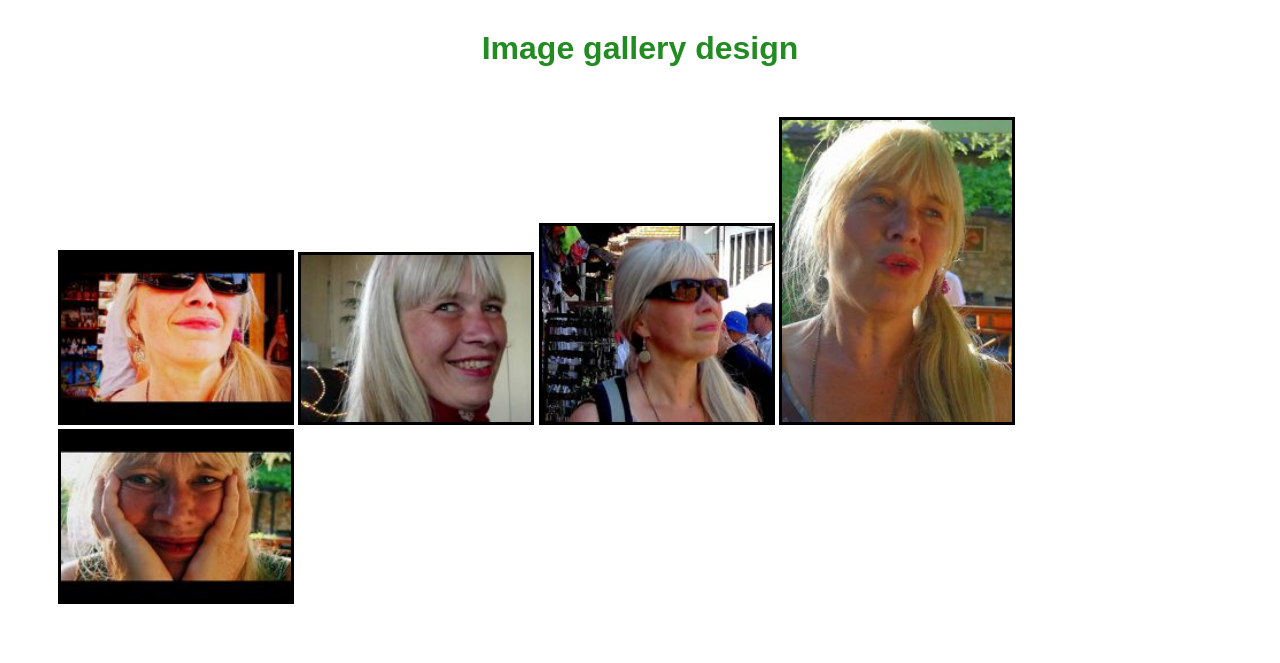
Repository: hindrik40/bildspel-lightbox
Page: index.html
An editor plug-in stored every save of this project. The page is shown before and after a run of saves, followed by the edit.
The browser window is 1280 px wide. The pictures show the whole page.

Above is the page before, as saved 2021-08-08 16:45:13.

### index.html
<!DOCTYPE html>
<html lang="en">
<head>
    <meta charset="UTF-8">
    <meta http-equiv="X-UA-Compatible" content="IE=edge">
    <meta name="viewport" content="width=device-width, initial-scale=1.0">
    <link rel="stylesheet" href="css/style.css">
    <title>slide lightbox</title>
</head>
<body>
    <h1>Image gallery design</h1>
    <div class="gallery">
        <img src="images/b7t.jpg">
        <img src="images/b5t.jpg">
        <img src="images/b6t.jpg">
        <img src="images/b9t.jpg">
        <img src="images/b8t.jpg">



    </div>

</body>
</html>

### css/style.css
body{
    font-family: sans-serif;
}
h1{
    text-align: center;
    color:forestgreen;
    margin: 30px 0 50px;
}
.gallery
{
    margin:10px 50px;
}

.gallery img{
    width: 230px;
padding}

img{
    border:3px solid black;
}

After the next 2 saves:
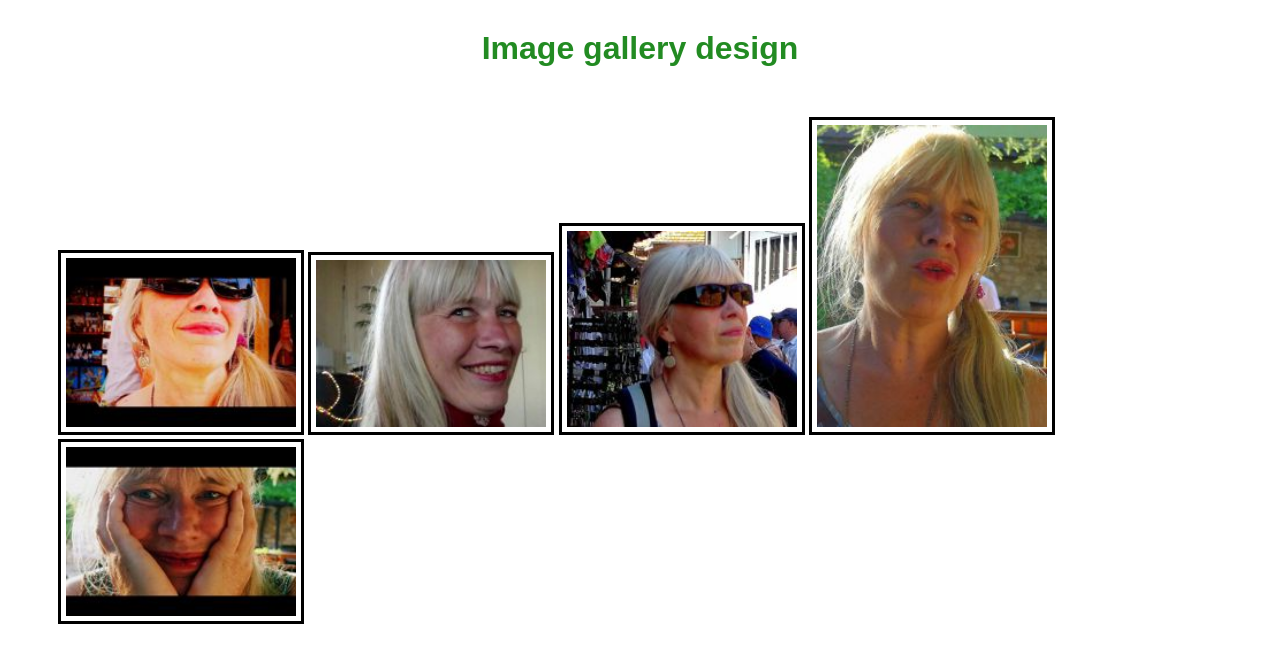
The 2 saves are shown as one change because they came seconds apart.
The last was saved 17 s later.
--- a/css/style.css
+++ b/css/style.css
@@ -13,7 +13,7 @@
 
 .gallery img{
     width: 230px;
-padding}
+padding : 5px;}
 
 img{
     border:3px solid black;

After the save that followed:
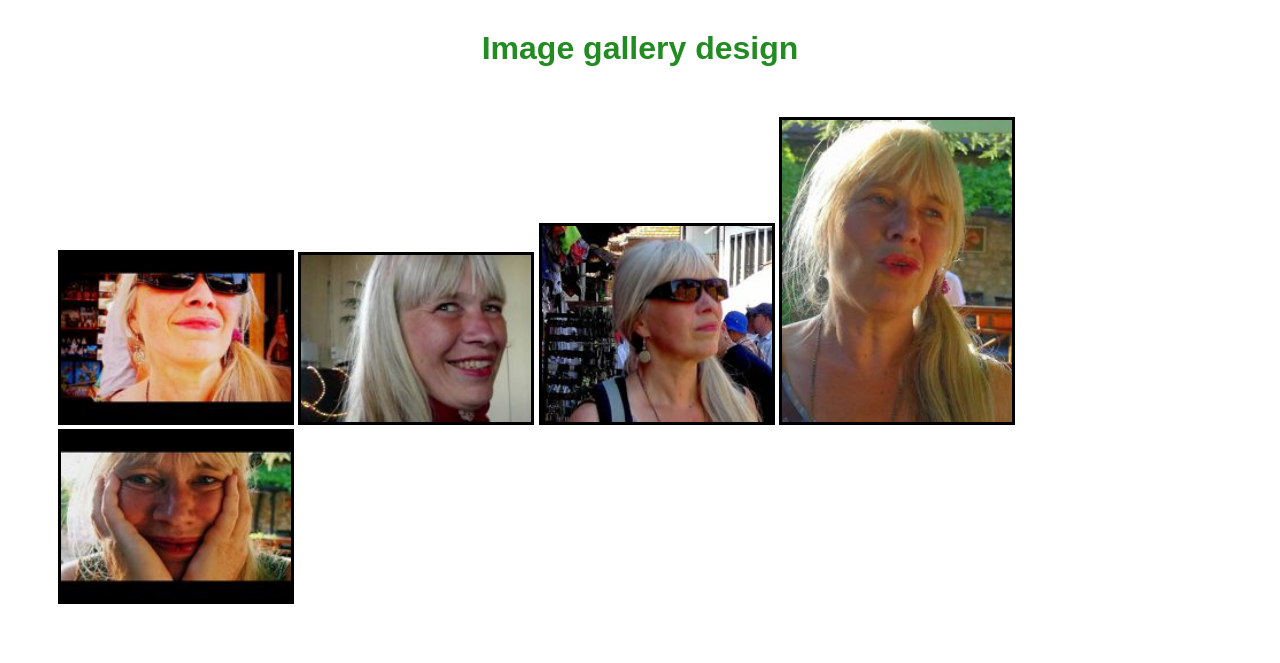
Saved 28 s later.
--- a/css/style.css
+++ b/css/style.css
@@ -13,6 +13,7 @@
 
 .gallery img{
     width: 230px;
+    height
 padding : 5px;}
 
 img{
